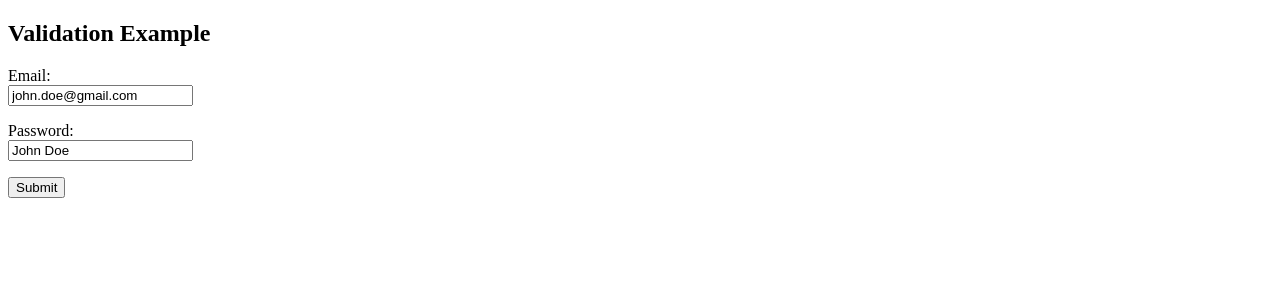
Repository: jack-1195/dtproject
Page: angular/AngularJS/WebContent/Forms/FormValidateEmailid.html
These files come from the project's save history. The page is drawn as it stood at one moment and after the next save; the edit follows.
The browser window is 1280 px wide. The pictures show the whole page.
Some web libraries are served in a nearby version.

Above is the page before, as saved 2016-07-04 05:59:27.

### angular/AngularJS/WebContent/Forms/FormValidateEmailid.html
<!DOCTYPE html>
<html>
<script src="http://ajax.googleapis.com/ajax/libs/angularjs/1.4.8/angular.min.js"></script>
<body>

<h2>Validation Example</h2>

<form ng-app="myApp" ng-controller="validateCtrl"
name="myForm" novalidate>
<p>Email:<br>
<input type="email" name="email" ng-model="email" required>
<span style="color:red" ng-show="myForm.email.$dirty && myForm.email.$invalid">
<span ng-show="myForm.email.$error.required">Email is required.</span>
<span ng-show="myForm.email.$error.email">Invalid email address.</span>
</span>
</p>

<p>Password:<br>
<input type="text" name="user" ng-model="user" required>
<span style="color:red" ng-show="myForm.user.$dirty && myForm.user.$invalid">
<span ng-show="myForm.user.$error.required">Password is required.</span>
</span>
</p>



<p>
<input type="submit"
ng-disabled="myForm.user.$dirty && myForm.user.$invalid ||
myForm.email.$dirty && myForm.email.$invalid">
</p>

</form>

<script>
var app = angular.module('myApp', []);
app.controller('validateCtrl', function($scope) {
    $scope.user = 'John Doe';
    $scope.email = 'john.doe@gmail.com';
});
</script>

</body>
</html>

After the next save:
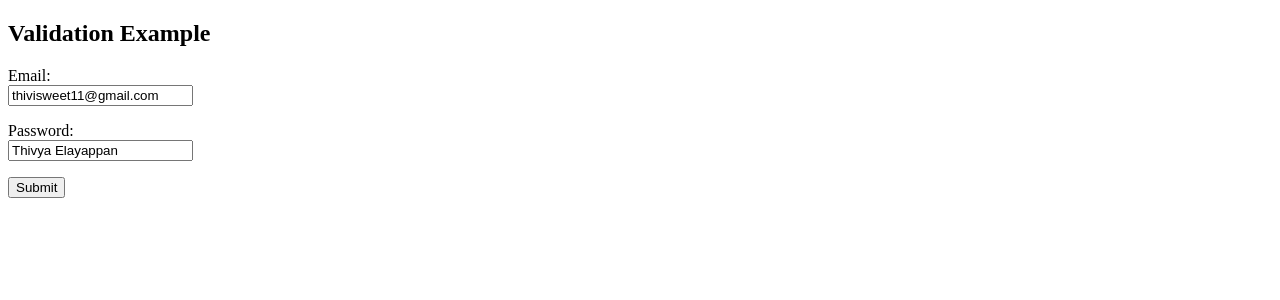
Saved 43 s later.
--- a/angular/AngularJS/WebContent/Forms/FormValidateEmailid.html
+++ b/angular/AngularJS/WebContent/Forms/FormValidateEmailid.html
@@ -35,8 +35,8 @@ myForm.email.$dirty && myForm.email.$invalid">
 <script>
 var app = angular.module('myApp', []);
 app.controller('validateCtrl', function($scope) {
-    $scope.user = 'John Doe';
-    $scope.email = 'john.doe@gmail.com';
+    $scope.user = 'Thivya Elayappan';
+    $scope.email = 'thivisweet11@gmail.com';
 });
 </script>
 
